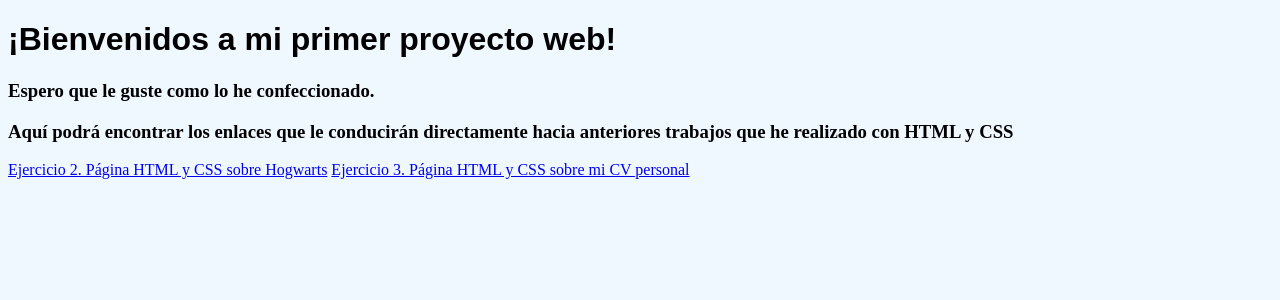
Repository: Pablosky971/Ejercicio-4.-Proyecto-Web
Page: http://localhost/Ejercicio4/
These files come from the project's save history. The page is drawn as it stood at one moment and after a run of saves; the edit follows.
The browser window is 1280 px wide. The pictures show the whole page.
The page is served by Tomcat 9.

Above is the page before, as saved 2022-03-09 12:25:20.

After the next 2 saves:
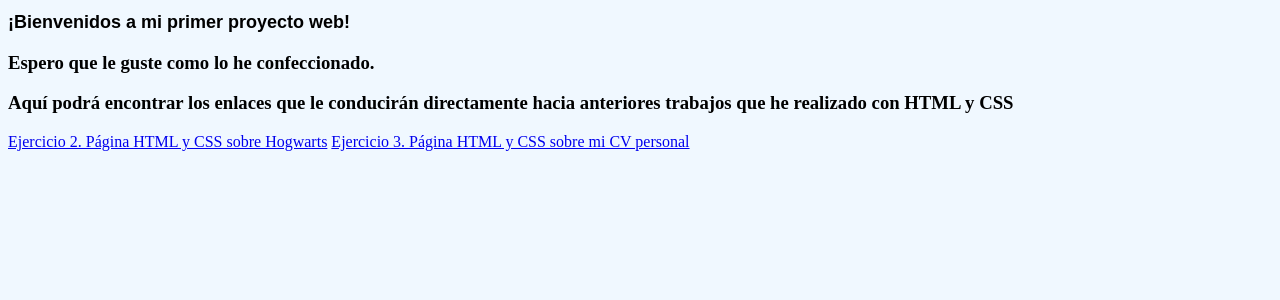
The 2 saves are shown as one change because they came seconds apart.
The last was saved 7 s later.
--- a/Ejercicio4/src/main/webapp/css/index.css
+++ b/Ejercicio4/src/main/webapp/css/index.css
@@ -4,7 +4,8 @@ body {
 }
 h1.titulo {
 	font-family: sans-serif;
-	f
+	font-size: large;
+
 }
 
 h3.subtitulo {
